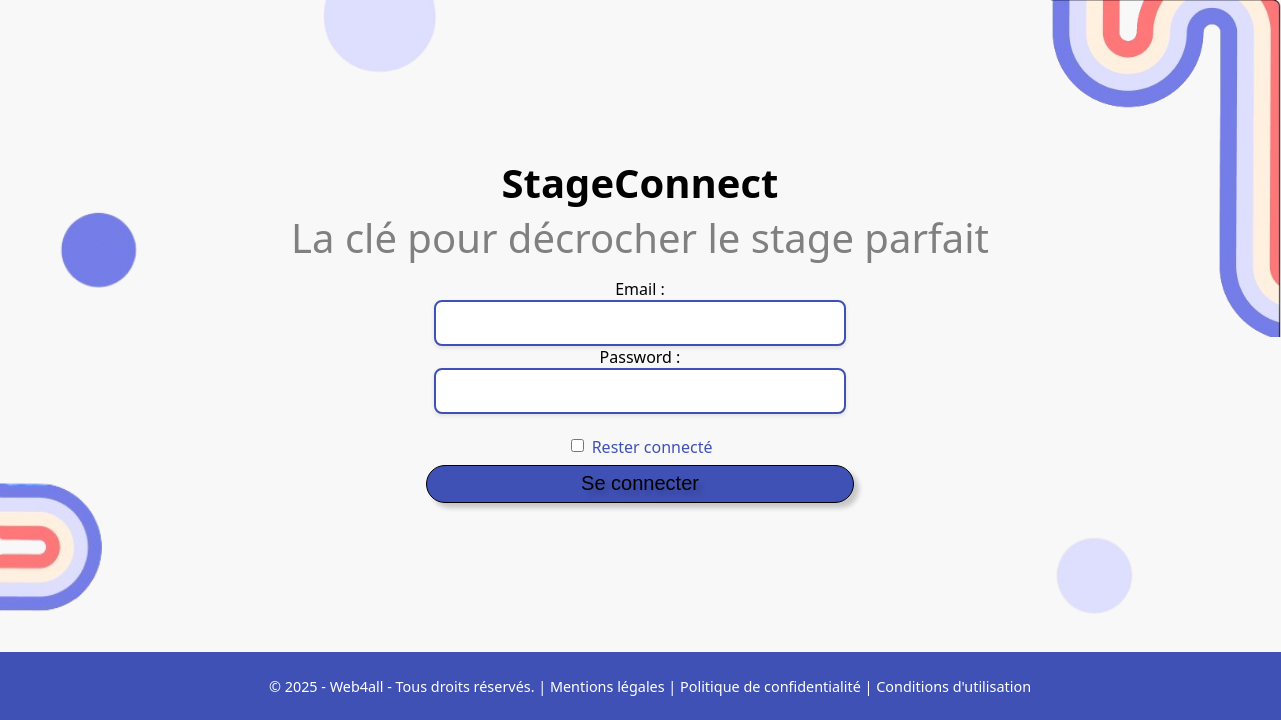
Repository: Guyllem/GroupeWeb
Page: pages/connexion.html
These files come from the project's save history. The page is drawn as it stood at one moment and after the next save; the edit follows.
The browser window is 1280 px wide. The page is 1281 px wide, so the pictures cover 1281 px, including what lies to the right of the window. The pictures show the whole page.

Above is the page before, as saved 2025-02-13 18:38:16.

After the next save:
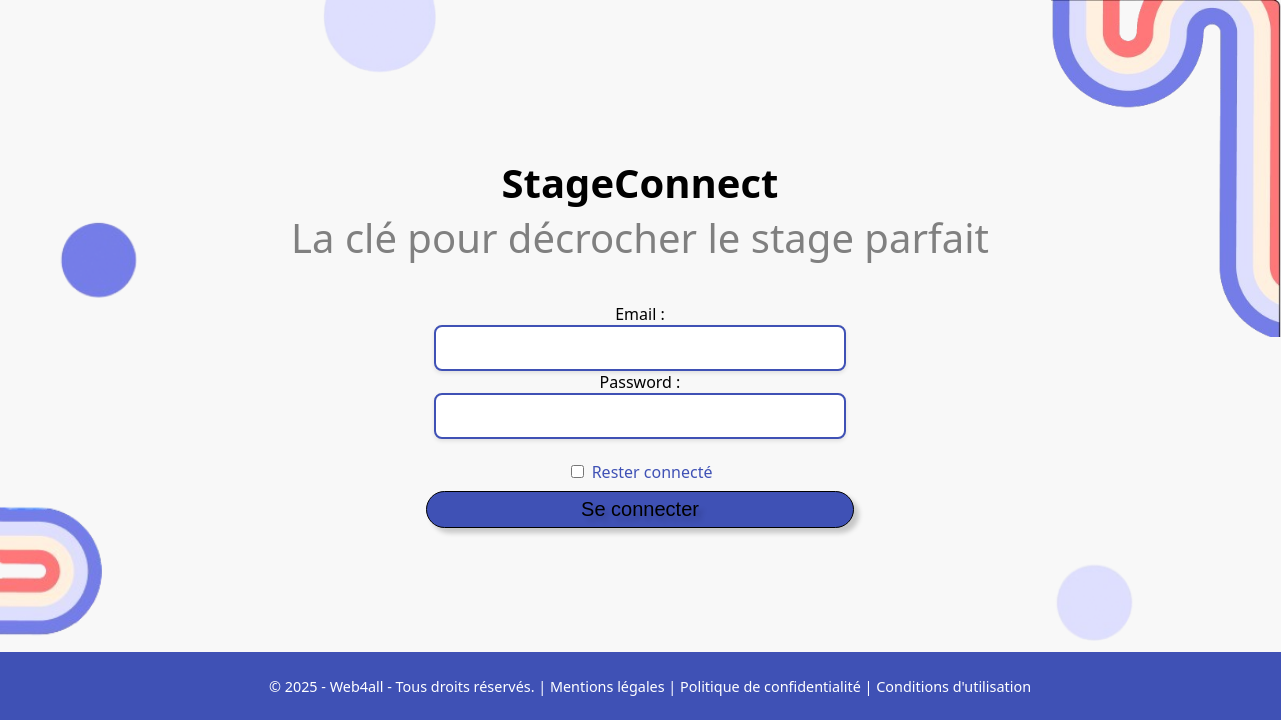
Saved 75 s later.
--- a/styles.css
+++ b/styles.css
@@ -17,7 +17,7 @@ body {
 .slogan {
     color: gray;
     font-size: 2.5em;
-    margin-bottom: 1%;
+    margin-bottom: 3%;
     margin-top: 0;
 }
 
